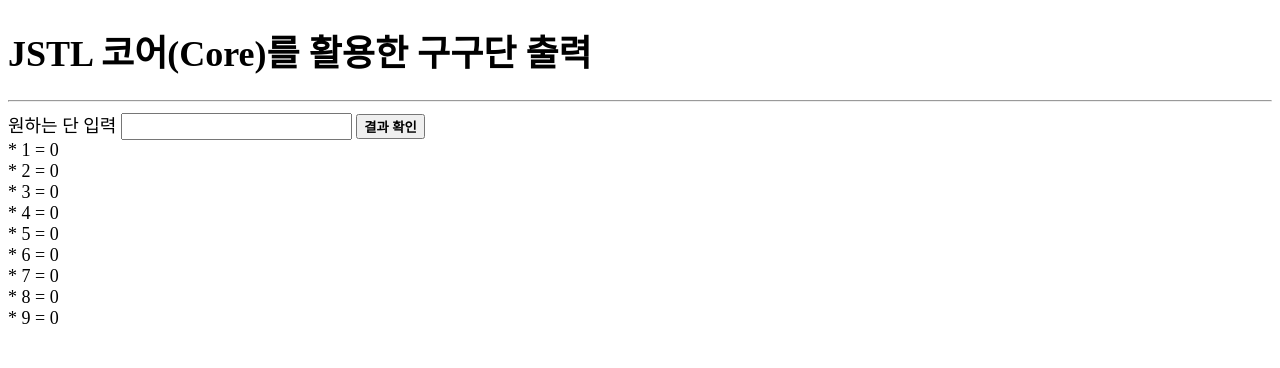
Repository: onpul/Web
Page: http://localhost/WebApp22/Gugudan.jsp
An editor plug-in stored every save of this project. The page is shown before and after the next save, followed by the edit.
The browser window is 1280 px wide. The pictures show the whole page.
The page is served by Tomcat 9.

Above is the page before, as saved 2022-04-29 08:00:46.

After the next save:
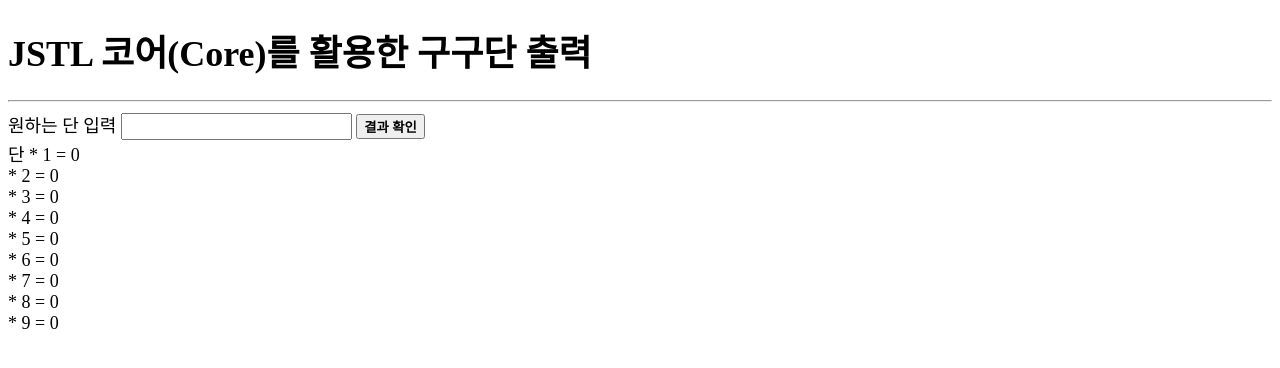
Saved 100 s later.
--- a/WebApp22/WebContent/Gugudan.jsp
+++ b/WebApp22/WebContent/Gugudan.jsp
@@ -31,6 +31,7 @@
 
 <div>
 	<!-- 결과 처리 -->
+	${param.dan }단
 	<c:forEach var="a" begin="1" end="9" step="1">
 		${param.dan} * ${a } = ${param.dan * a} <br>
 	</c:forEach>
